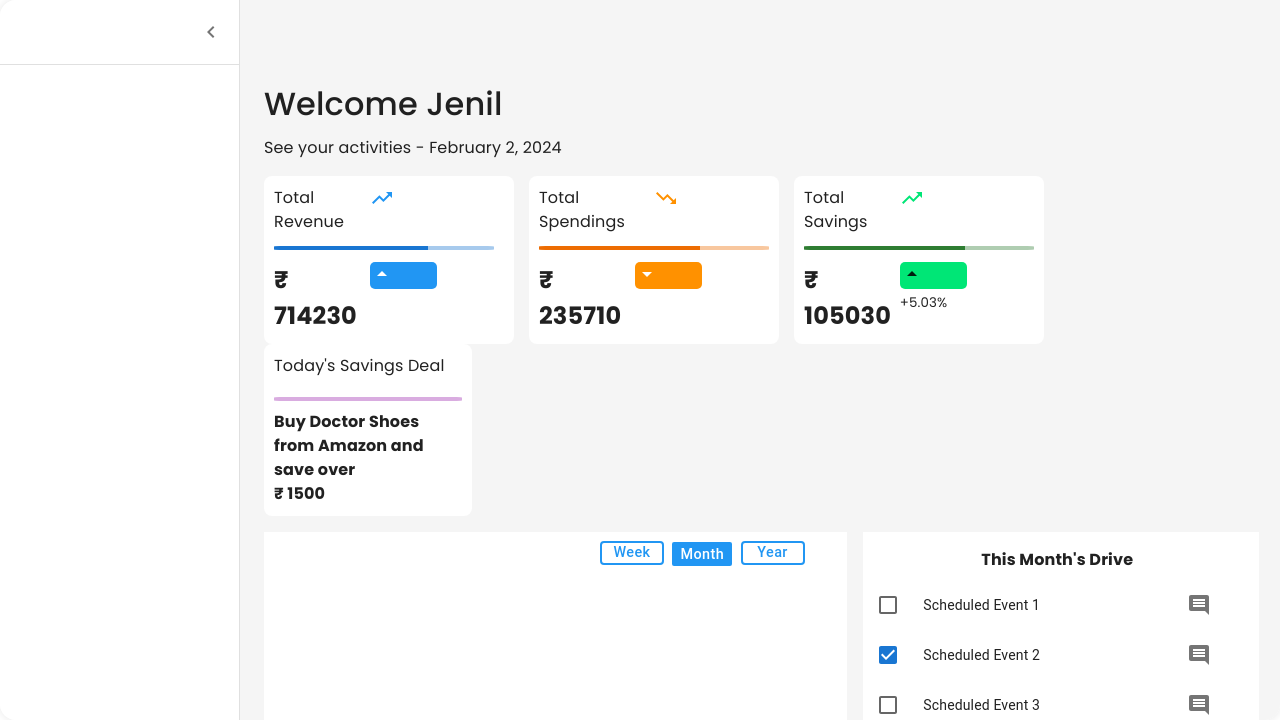
Repository: shubhampirate/Google_Solutions_Edural
Page: /dashboard
The author's editor kept a copy of each file at every save. The page is drawn from the files as they stood at one save, then again after the next save.
The browser window is 1280 px wide. The pictures show the whole page.
The page's requests for data from a server got no answer. An inner scrolling area shows only its first screen. The project was rebuilt for these pictures with package versions that can differ from the ones it lists, and the page was loaded fresh each time. Some packages were replaced by stand-ins written for this rebuild. No one was signed in, and anything a server would have sent is missing. Also part of the build but not shown: src/Components/CustomButton.jsx, src/Components/Navbar.jsx, src/Components/Footer.jsx, src/Components/CongratsCard.jsx, src/pages/Hero/Hero.jsx, src/pages/Sign_in.jsx.

Above is the page before, as saved 2024-02-03 17:16:06.

After the next save:
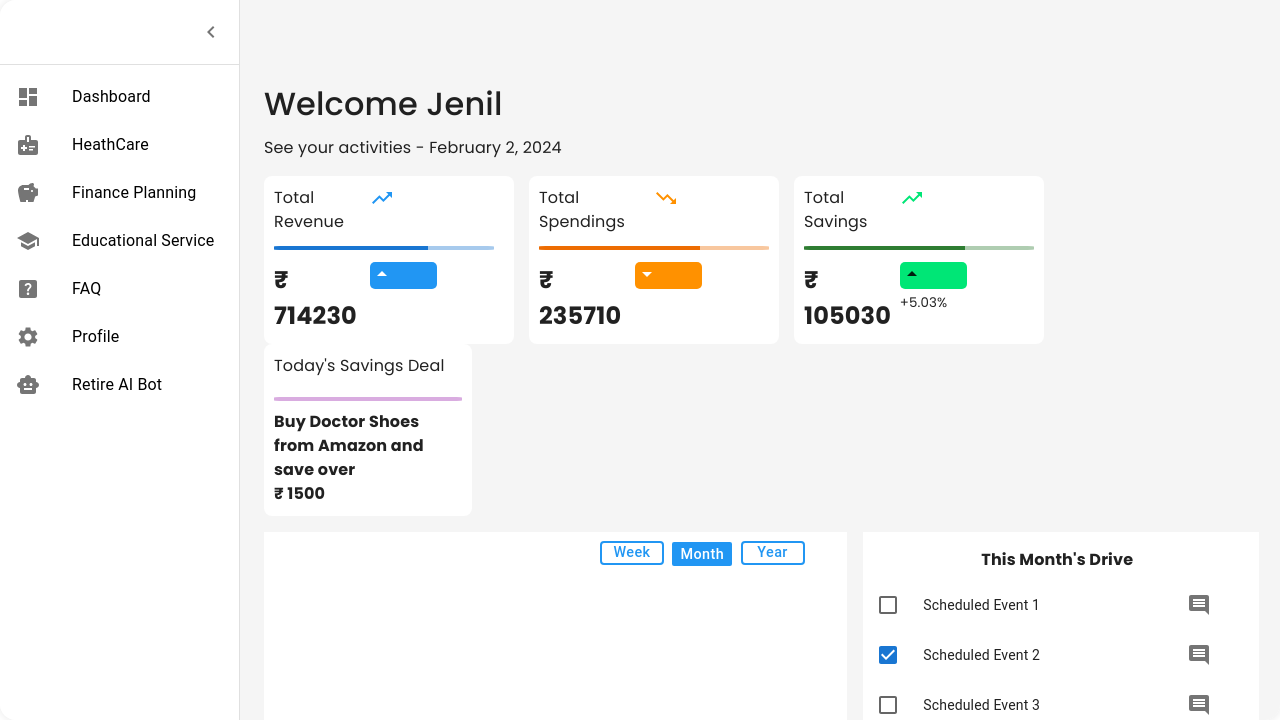
Saved 38 s later.
--- a/src/pages/Dashboard/Dashboard.jsx
+++ b/src/pages/Dashboard/Dashboard.jsx
@@ -21,7 +21,7 @@ import ArrowDropDownIcon from '@mui/icons-material/ArrowDropDown';
 import Grid from '@mui/material/Grid';
 import MenuIcon from '@mui/icons-material/Menu';
 import ChevronLeftIcon from '@mui/icons-material/ChevronLeft';
-// import { mainListItems } from '../../Components/listItems';
+import { mainListItems } from '../../Components/listItems';
 import axios from 'axios';
 import Button from '@mui/material/Button';
 import CommentIcon from '@mui/icons-material/Comment';
@@ -315,7 +315,7 @@ export default function Dashboard() {
           </Toolbar>
           <Divider />
           <List component="nav">
-            {/* {mainListItems} */}
+            {mainListItems}
           </List>
         </Drawer>
         <Box
